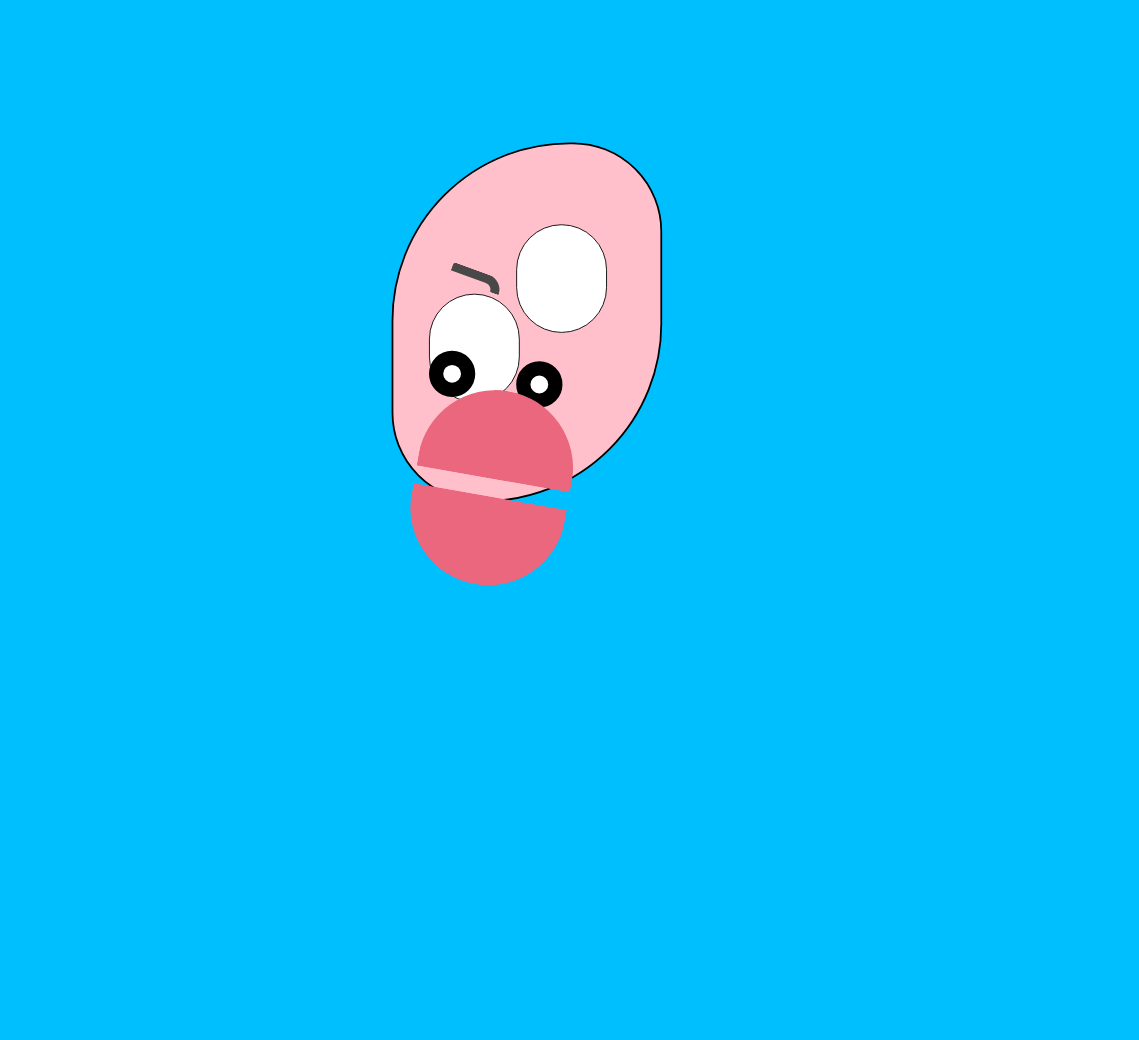
Repository: rodwestmoreland/1150
Page: cssCritter/index.html
An editor plug-in stored every save of this project. The page is shown before and after the next save, followed by the edit.
The browser window is 1280 px wide. The pictures show the whole page, at 89% of full size.

Above is the page before, as saved 2021-01-25 22:34:42.

After the next save:
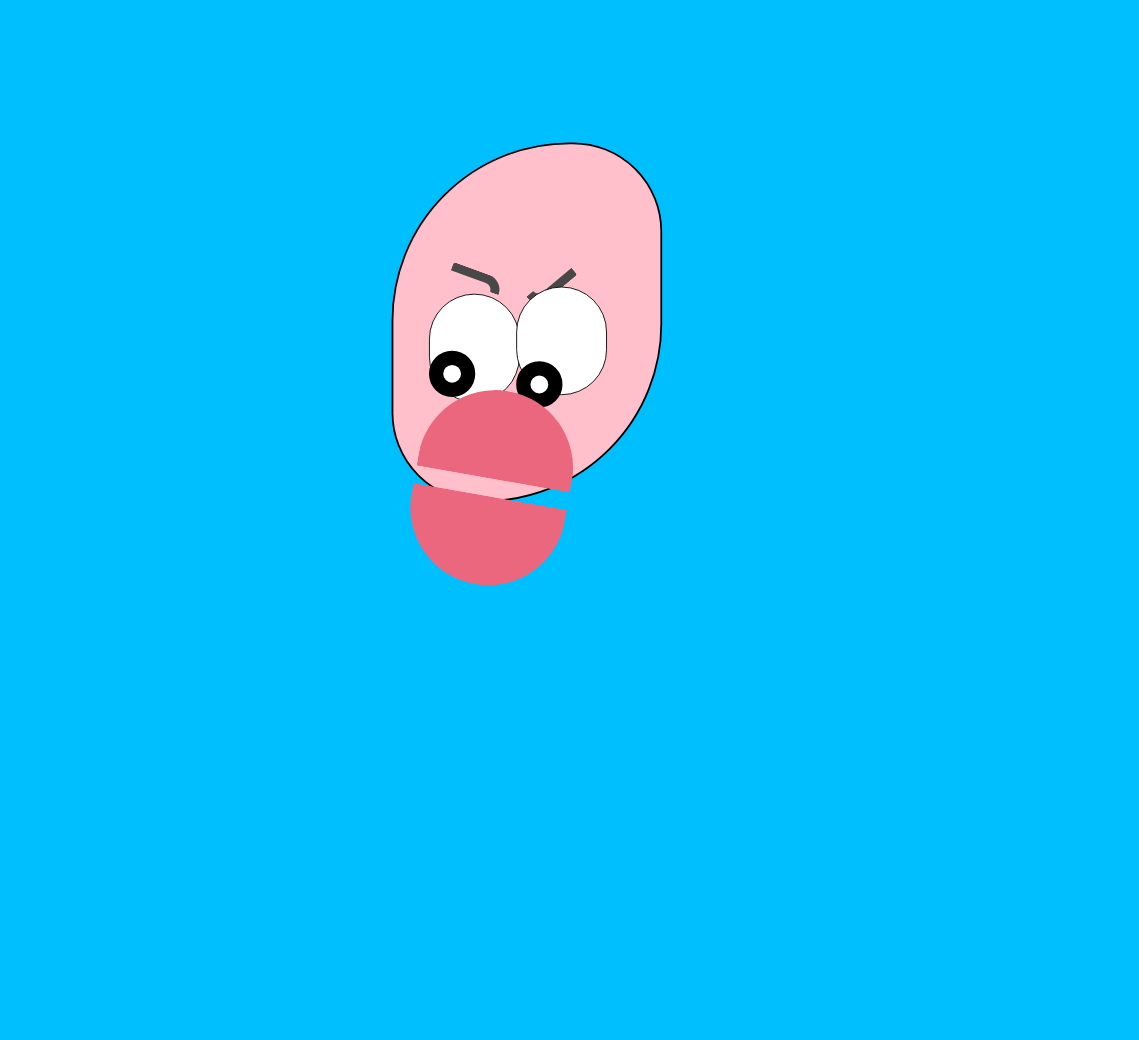
Saved 13 s later.
--- a/cssCritter/style.css
+++ b/cssCritter/style.css
@@ -45,7 +45,7 @@ body{
     border-radius: 90px;
     position: relative;
     left: 140px;
-    top: -470px;
+    top: -400px;
   }
   .right-pupil{
     width: 20px;
